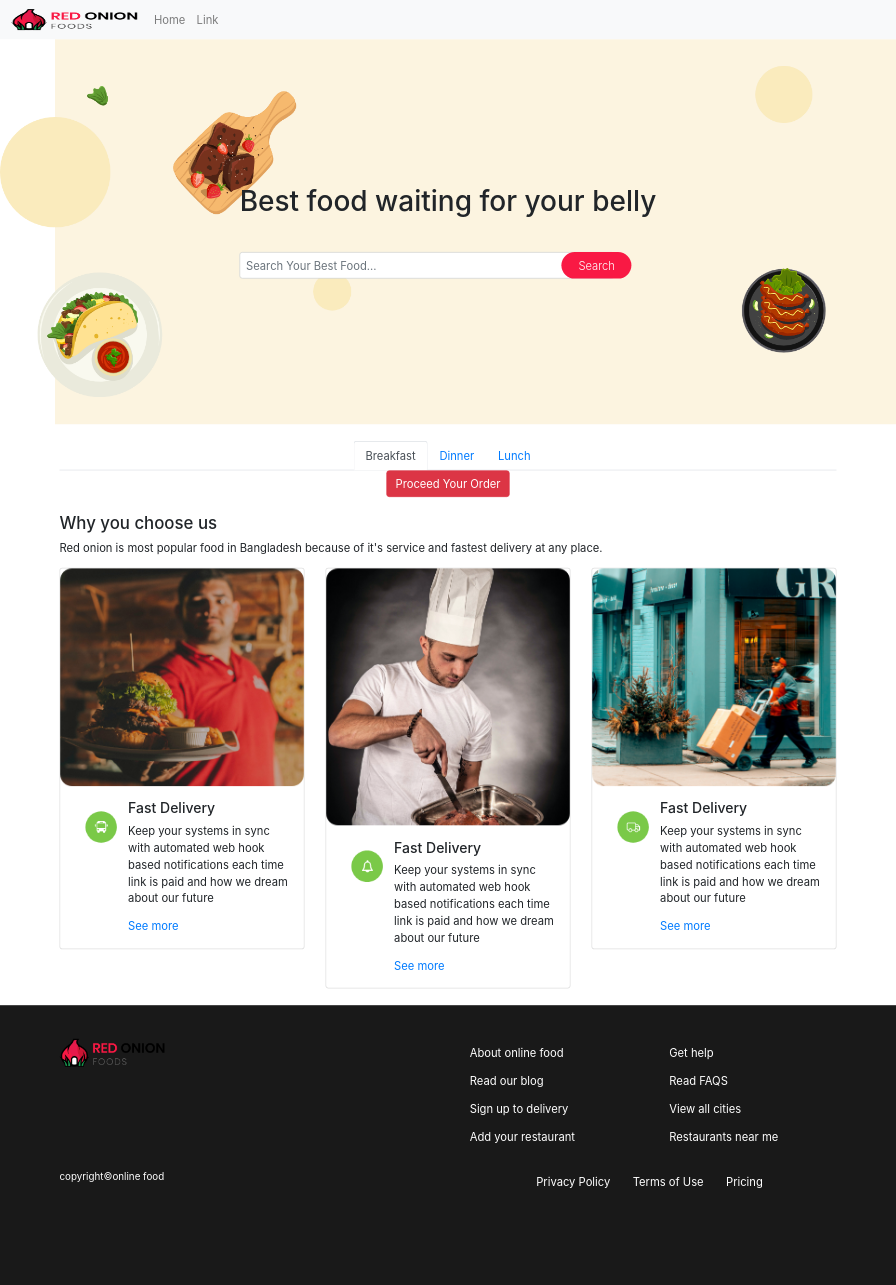
Repository: arif286/red-onion-client
Page: /
An editor plug-in stored every save of this project. The page is shown before and after the next save, followed by the edit.
The browser window is 1280 px wide. The pictures show the whole page, at 70% of full size.
The page's requests for data from a server got no answer. The project was rebuilt for these pictures with package versions that can differ from the ones it lists, and the page was loaded fresh each time. No one was signed in, and anything a server would have sent is missing. Also part of the build but not shown: src/App.css, src/components/CheckOut/CheckOut.css, src/components/CheckOut/CheckOutForm/CheckOutFrom.js, src/components/CheckOut/CheckOut.js, src/components/FoodDetails/FoodDetail.css, src/components/FoodDetails/FoodDetail.js, src/components/Header/Header.css, src/components/Food/FoodItem.js and 8 more. Imported but missing from the stored project, and not drawn on this page: src/components/CheckOut/Map/Map.

Above is the page before, as saved 2021-04-07 01:48:00.

### public/index.html
<!DOCTYPE html>
<html lang="en">
  <head>
    <meta charset="utf-8" />
    <link rel="icon" href="%PUBLIC_URL%/favicon.ico" />
    <meta name="viewport" content="width=device-width, initial-scale=1" />
    <meta name="theme-color" content="#000000" />
    <meta
      name="description"
      content="Web site created using create-react-app"
    />
    <link rel="apple-touch-icon" href="%PUBLIC_URL%/logo192.png" />
    <!--
      manifest.json provides metadata used when your web app is installed on a
      user's mobile device or desktop. See https://developers.google.com/web/fundamentals/web-app-manifest/
    -->
    <link rel="manifest" href="%PUBLIC_URL%/manifest.json" />

    <!-- <link
      href="https://api.tiles.mapbox.com/mapbox-gl-js/v2.1.1/mapbox-gl.css"
      rel="stylesheet"
    /> -->
    <!--
      Notice the use of %PUBLIC_URL% in the tags above.
      It will be replaced with the URL of the `public` folder during the build.
      Only files inside the `public` folder can be referenced from the HTML.

      Unlike "/favicon.ico" or "favicon.ico", "%PUBLIC_URL%/favicon.ico" will
      work correctly both with client-side routing and a non-root public URL.
      Learn how to configure a non-root public URL by running `npm run build`.
    -->
    <title>Red Onion</title>
  </head>
  <body>
    <noscript>You need to enable JavaScript to run this app.</noscript>
    <div id="root"></div>
    <!--
      This HTML file is a template.
      If you open it directly in the browser, you will see an empty page.

      You can add webfonts, meta tags, or analytics to this file.
      The build step will place the bundled scripts into the <body> tag.

      To begin the development, run `npm start` or `yarn start`.
      To create a production bundle, use `npm run build` or `yarn build`.
    -->
  </body>
</html>

### src/App.js
import "bootstrap/dist/css/bootstrap.min.css";
import React, { createContext, useState } from "react";
import { BrowserRouter as Router, Route, Switch } from "react-router-dom";
import './App.css';
import CheckOut from "./components/CheckOut/CheckOut";
import Map from "./components/CheckOut/Map/Map";
import FoodDetail from "./components/FoodDetails/FoodDetail";
import Footer from "./components/Footer/Footer";
import Header from "./components/Header/Header";
import Home from './components/Home/Home';
import Login from "./components/LogIn/Login";
import Order from "./components/Order/Order";
import SingUp from "./components/SingUp/SingUp";


export const UserContext = createContext();
function App() {
  const [loggedInUser, setLoggedInUser] = useState({});
  return (
    <UserContext.Provider value={[loggedInUser, setLoggedInUser]}>
      <Router>
        <Header />
        <Switch>
          <Route path="/home">
            <Home />
          </Route>
          <Route path="/signUp">
            <SingUp />
          </Route>
          <Route path="/login">
            <Login />
          </Route>
          <Route path="/food/details/:foodId">
            <FoodDetail />
          </Route>
          <Route path='/checkOut'>
            <CheckOut/>
          </Route>
          <Route path='/order'>
            <Order/>
          </Route>
          <Route path='/map'>
            <Map/>
          </Route>
          <Route exact path="/">
            <Home/>
          </Route>
        </Switch>
        <Footer />
      </Router>
    </UserContext.Provider>
  );

}

export default App;

### src/components/Footer/Footer.js
import React from 'react';
import { NavLink } from 'react-bootstrap';
import Logo from '../../onion-restaurent/logo2.png';
import './Footer.css';

const Footer = () => {
    return (
      <footer>
        <div className="container">
          <div className="row pt-5">
            <div className="col-md-6 col-sm-12 pb-4">
              <img className="footer-img" src={Logo} alt="" />
            </div>
            <div className="col-md-3 col-sm-12 pb-4">
              <ul className="nav flex-column">
                <li className="nav-item">
                  <NavLink
                    className="nav-link active footer-link"
                    aria-current="page"
                    to="/"
                  >
                    About online food
                  </NavLink>
                </li>
                <li className="nav-item">
                  <NavLink className="nav-link footer-link" to="/">
                    Read our blog
                  </NavLink>
                </li>
                <li className="nav-item">
                  <NavLink className="nav-link footer-link" to="/">
                    Sign up to delivery
                  </NavLink>
                </li>
                <li className="nav-item">
                  <NavLink className="nav-link footer-link" to="/">
                    Add your restaurant
                  </NavLink>
                </li>
              </ul>
            </div>
            <div className="col-md-3 col-sm-12 pb-4">
              <ul className="nav flex-column">
                <li className="nav-item">
                  <NavLink
                    className="nav-link footer-link"
                    aria-current="page"
                    to="/"
                  >
                    Get help
                  </NavLink>
                </li>
                <li className="nav-item">
                  <NavLink className="nav-link footer-link" to="/">
                    Read FAQS
                  </NavLink>
                </li>
                <li className="nav-item">
                  <NavLink className="nav-link footer-link" to="/">
                    View all cities
                  </NavLink>
                </li>
                <li className="nav-item">
                  <NavLink className="nav-link footer-link" to="/">
                    Restaurants near me
                  </NavLink>
                </li>
              </ul>
            </div>
          </div>

          <div className="row">
            <div className="col-md-7">
              <p className='copy-right'>
                <small>
                  copyright<span>&#169;</span>online food
                </small>
              </p>
            </div>
            <div className="col-md-5">
              <div className='d-flex'>
                <NavLink className="footer-link">Privacy Policy</NavLink>
                <NavLink className="footer-link">Terms of Use</NavLink>
                <NavLink className="footer-link">Pricing</NavLink>
              </div>
            </div>
          </div>
        </div>
      </footer>
    );
};

export default Footer;

### src/components/Header/Header.js
import React from 'react';
import { Nav, Navbar } from 'react-bootstrap';
// import { NavLink } from "react-router-dom";
import logo from '../../onion-restaurent/logo2.png';
import './Header.css';
const Header = () => {
    const header = {
        logo : {width: '180px'}
    }
    return (
      <div>
        {/* <nav className="navbar navbar-expand-lg navbar-light bg-light">
          <div className="container-fluid">
            <div>
              <img style={header.logo} src={logo} alt="" />
            </div>
            <button
              className="navbar-toggler"
              type="button"
              data-bs-toggle="collapse"
              data-bs-target="#navbarNav"
              aria-controls="navbarNav"
              aria-expanded="false"
              aria-label="Toggle navigation"
            >
              <span className="navbar-toggler-icon"></span>
            </button>
            <div
              className="collapse  navbar-collapse justify-content-end"
              id="navbarNav"
            >
              <ul className="navbar-nav">
                <li className="nav-item">
                  <NavLink className="header-link" to="/">
                    Home
                  </NavLink>
                </li>
                <li className="nav-item">
                  <NavLink className="header-link" to="/order">
                    Order
                  </NavLink>
                </li>
                <li className="nav-item">
                  <NavLink className="header-link" to="/login">
                    Login
                  </NavLink>
                </li>
                <li className="nav-item">
                  <NavLink className="header-link" to="/signUp">
                    Sing up
                  </NavLink>
                </li>
              </ul>
            </div>
          </div>
        </nav> */}
        <Navbar bg="light" expand="lg">
          <Navbar.Brand href="#home">
            <img
              src={logo}
              width="180"
              height="30"
              className="d-inline-block align-top"
              alt="React Bootstrap logo"
            />
          </Navbar.Brand>
          <Navbar.Toggle aria-controls="basic-navbar-nav" />
          <Navbar.Collapse id="basic-navbar-nav">
            <Nav className="mr-auto">
              <Nav.Link href="#home">Home</Nav.Link>
              <Nav.Link href="#link">Link</Nav.Link>
            </Nav>
          </Navbar.Collapse>
        </Navbar>
      </div>
    );
};

export default Header;

### src/components/Home/Home.js
import React from 'react';
import DeliveryFood from '../DeliveryFood/DeliveryFood';
import Food from '../Food/Food';
import SearchBar from '../SearchBar/SearchBar';

const Home = () => {
    return (
      <>
        <SearchBar/>
        <Food />
        <DeliveryFood />
      </>
    );
};

export default Home;

### src/components/SearchBar/SearchBar.js
import React from 'react';
import background from '../../onion-restaurent/bannerbackground.png';
import './SearchBar.css';


const SearchBar = () => {
    const searchBg = {
        bgImage: {
            backgroundImage: `url(${background})`,
            backgroundRepeat: 'no-repeat, repeat',
            width: '100%',
            height: '550px',
            backgroundSize: 'cover'
        },
        submitBtn: {

        },
        searchBar: {
            width: '50%'
        }
    }
    return (
      <div
        className="d-flex justify-content-center align-items-center"
        style={searchBg.bgImage}
      >
        <div>
          <h1>Best food waiting for your belly</h1>
          <div className="d-flex mt-5">
            <input
              className="form-control searchBar"
              type="text"
              placeholder="Search Your Best Food..."
            />
            <input className="search-btn" type="submit" value="Search" />
          </div>
        </div>
      </div>
    );
};

export default SearchBar;

### src/components/Footer/Footer.css
.footer-img {
  width: 150px;
}
footer {
  background-color: #191919;
  height: 400px;
}
.footer-link {
  color: white;
}
.footer-link:hover {
  color: #878787;
}
.copy-right {
  color: white;
}

### src/components/DeliveryFood/DeliveryFood.js
import React from 'react';
import { Link } from 'react-router-dom';
import notifications from '../../onion-restaurent/ICON/Group 1133.png';
import deliveryImg from '../../onion-restaurent/ICON/Group 204.png';
import car from '../../onion-restaurent/ICON/Group 245.png';
import burger from '../../onion-restaurent/Image/burger.png';
import cart from '../../onion-restaurent/Image/cart-bear.png';
import chefCook from '../../onion-restaurent/Image/chef-cook.png';


const DeliveryFood = () => {
    return (
      <div className="container mt-4">
        <div>
          <h4>Why you choose us</h4>
          <p>
            Red onion is most popular food in Bangladesh because of it's service
            and fastest delivery at any place.
          </p>
        </div>
        <div className="row row-cols-1 row-cols-md-3 g-4">
          <div className="col pb-4">
            <div className="card">
              <img src={burger} alt="" />
              <div className="d-flex card-body">
                <div className="p-3">
                  <img src={deliveryImg} alt="" />
                </div>
                <div>
                  <h5>Fast Delivery</h5>
                  <p>
                    Keep your systems in sync with automated web hook based
                    notifications each time link is paid and how we dream about
                    our future
                  </p>
                  <Link to='/'>See more</Link>
                </div>
              </div>
            </div>
          </div>
          <div className="col pb-4">
            <div className="card">
              <img src={chefCook} alt="" />
              <div className="d-flex card-body">
                <div className="p-3">
                  <img src={notifications} alt="" />
                </div>
                <div>
                  <h5>Fast Delivery</h5>
                  <p>
                    Keep your systems in sync with automated web hook based
                    notifications each time link is paid and how we dream about
                    our future
                  </p>
                  <Link>See more</Link>
                </div>
              </div>
            </div>
          </div>
          <div className='col pb-4'>
            <div className="card">
              <img src={cart} alt="" />
              <div className="d-flex card-body">
                <div className="p-3">
                  <img src={car} alt="" />
                </div>
                <div>
                  <h5>Fast Delivery</h5>
                  <p>
                    Keep your systems in sync with automated web hook based
                    notifications each time link is paid and how we dream about
                    our future
                  </p>
                  <Link>See more</Link>
                </div>
              </div>
            </div>
          </div>
        </div>
      </div>
    );
};

export default DeliveryFood;

### src/components/Food/Food.js

import axios from "axios";
import React, { useEffect, useState } from "react";
import { Tab, Tabs } from "react-bootstrap";
import { useHistory } from "react-router";
import "./Food.css";
import FoodItem from "./FoodItem";

const Food = () => {
  const [foods, setFoods] = useState([]);
  useEffect(() => {
    axios.get('http://localhost:5000/foods')
      .then(res => setFoods(res.data))
    .catch(err=>console.log(err))
  }, []);
  let history = useHistory()

  const handleFood = (id) => {
    history.push(`/food/details/${id}`)
  }

  return (
    <>
      <div className="container mt-4">
        <Tabs
          className="justify-content-center food-items"
          defaultActiveKey="breakfast"
          id="uncontrolled-tab-example"
        >
          <Tab eventKey="breakfast" title="Breakfast">
            <div className="row row-cols-1 row-cols-md-3 g-4">
              {foods.slice(0, 6).map((food) => (
                <FoodItem
                  handleFood={() => {
                    handleFood(food._id);
                  }}
                  food={food}
                  key={food.id}
                ></FoodItem>
              ))}
            </div>
          </Tab>
          <Tab eventKey="dinner" title="Dinner">
            <div className="row row-cols-1 row-cols-md-3 g-4">
              {foods.slice(6, 12).map((food) => (
                <FoodItem
                  handleFood={() => {
                    handleFood(food._id);
                  }}
                  food={food}
                  key={food.id}
                ></FoodItem>
              ))}
            </div>
          </Tab>
          <Tab eventKey="lunch" title="Lunch">
            <div className="row row-cols-1 row-cols-md-3 g-4">
              {foods.slice(12, 18).map((food) => (
                <FoodItem
                  handleFood={() => {
                    handleFood(food._id);
                  }}
                  food={food}
                  key={food.id}
                ></FoodItem>
              ))}
            </div>
          </Tab>
        </Tabs>
        <div className="d-flex justify-content-center">
          <button className="btn btn-danger">Proceed Your Order</button>
        </div>
      </div>
    </>
  );
};

export default Food;

### src/components/SearchBar/SearchBar.css
.search-btn {
  outline: none;
  background-color: #f91944;
  display: inline-block;
  width: 100px;
  padding: 7px;
  border-radius: 50px;
  color: white;
  border: none;
  font-weight: 300;
  position: absolute;
  margin-left: 460px;
}
.searchBar {
  position: relative;
  width: 90%;
  padding: 8px;
}

### src/components/Food/Food.css
.food-items {
  margin-bottom: none;
}

Loaded but not shown: src/index.js (common file); src/index.css (common file); src/reportWebVitals.js (common file)

After the next save:
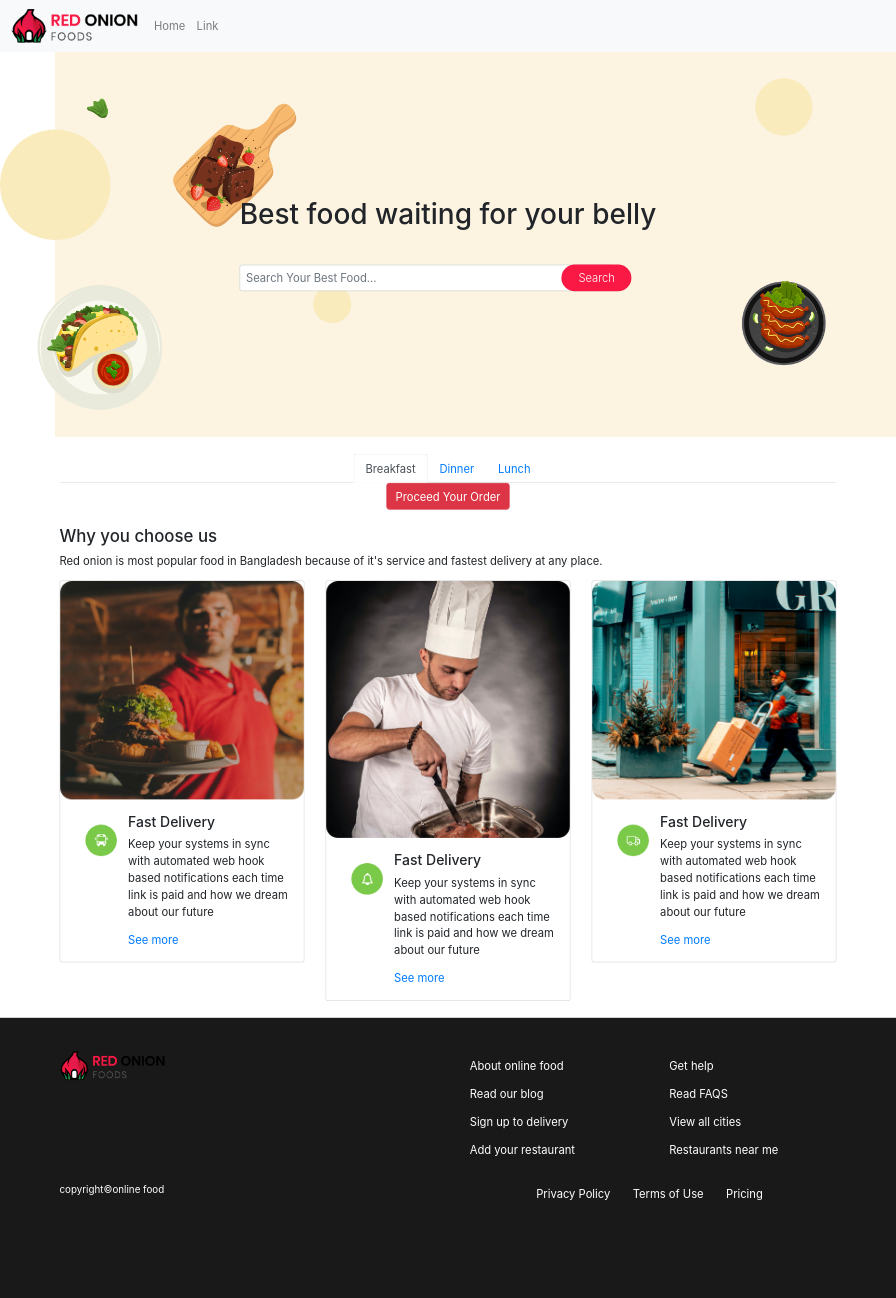
Saved 36 s later.
--- a/src/components/Header/Header.js
+++ b/src/components/Header/Header.js
@@ -59,7 +59,7 @@ const Header = () => {
             <img
               src={logo}
               width="180"
-              height="30"
+              // height="30"
               className="d-inline-block align-top"
               alt="React Bootstrap logo"
             />
